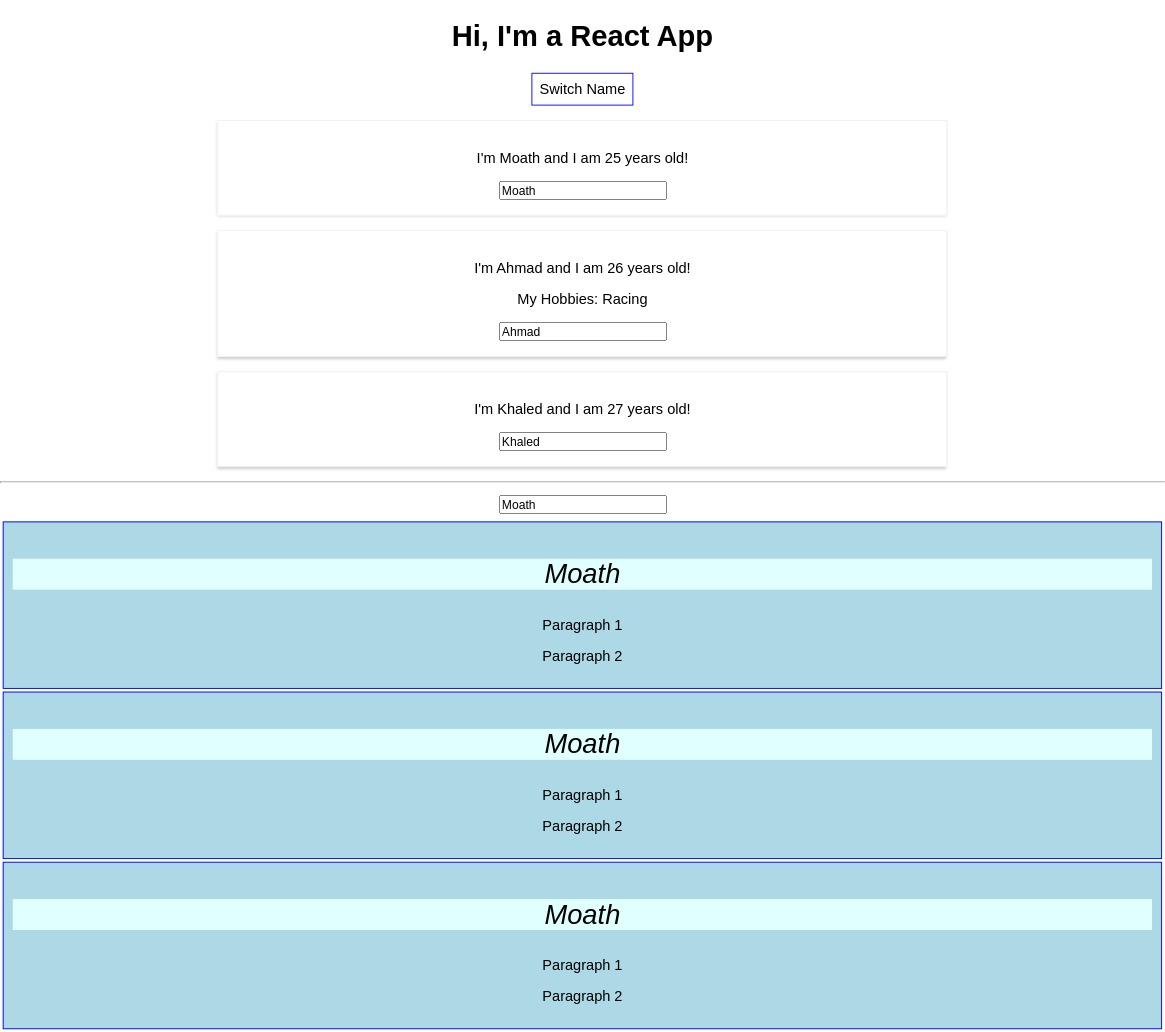
Repository: MuathYHKefayah/React-Basics
Page: /
An editor plug-in stored every save of this project. The page is shown before and after a run of saves, followed by the edit.
The browser window is 1280 px wide. The pictures show the whole page, at 91% of full size.
The project was rebuilt for these pictures with package versions that can differ from the ones it lists, and the page was loaded fresh each time.

Above is the page before, as saved 2020-12-12 10:30:54.

### src/App.js
import React, { Component } from 'react';
import './App.css';
import Person from './Person/Person';
import UserInput from './UserInput/UserInput';
import UserOutput from './UserOutput/UserOutput';

class App extends Component {
  state = {
     persons: [
       { name:'Moath', age: 25},
       { name:'Ahmad', age: 26},
       { name:'Khaled', age: 27},
     ],
     username: "Moath"
  }

  switchNameHandler  = (newName, newAge) => {
    //Don't Do This: this.state.persons[0].name = "Max";
    this.setState({
      persons: [
        { name:newName, age: 25},
        { name:'Ahmad', age: 26},
        { name:'Khaled', age: newAge},
      ]
    })
  }

  nameChangedHandler = (event) => {
    this.setState({
      persons: [
        { name:'Moath', age: 25},
        { name: event.target.value, age: 26},
        { name:'Khaled', age: 27},
      ]
    })
  }

  usernameChangedHandelr = (event) => {
    this.setState({
      username: event.target.value
    })
  }

  render() {
    const style = {
      backgroundColor: 'white',
      font: 'inherit',
      border: '1px solid blue',
      padding: '8px',
      cursor: 'pointer'
    };

    return (
      // jsx \\ write html code in js file
      <div className="App">
        <h1>Hi, I'm a React App</h1>
        <button
          style={style}
          onClick={() => this.switchNameHandler('Moath!!', 30)}>Switch Name</button>
        <Person name={this.state.persons[0].name} age={this.state.persons[0].age}/>
        <Person
          name={this.state.persons[1].name}
          age={this.state.persons[1].age}
          click={this.switchNameHandler.bind(this, 'Moath!', 40)}
          changed={this.nameChangedHandler}
          >My Hobbies: Racing</Person>
        <Person name={this.state.persons[2].name} age={this.state.persons[2].age}/>
        <hr/>
        <UserInput
          name={this.state.username}
          changed={this.usernameChangedHandelr}/>

        <UserOutput name={this.state.username}/>
        <UserOutput name={this.state.username}/>
        <UserOutput name={this.state.username}/>

      </div>
    );
    //return React.createElement('div', {className: 'App'} , React.createElement('h1', null , 'Hi, I\'m a React App !!!' ))
  }
}

export default App;

### src/Person/Person.js
import React from 'react';
import './Person.css';

const person = (props) => {
    return (
        <div className="Person">
            <p onClick={props.click}>I'm {props.name} and I am {props.age} years old!</p>
            <p>{props.children}</p>
            <input type="text" onChange={props.changed} value={props.name}/>
        </div>
    )
};

export default person;

### src/UserInput/UserInput.js
import React, { Component } from 'react';


class UserInput extends Component{
    render(){
        const style = {
            margin: '5px',
            //border: '#8b8a8b',
        }
        return(
            <div className="UserInput">
                <input
                    style= {style}
                    type="text"
                    onChange={this.props.changed}
                    value={this.props.name}/>
            </div>

        );
    }
}

export default UserInput;

### src/UserOutput/UserOutput.js
import React, { Component } from 'react';
import './UserOutput.css'

class UserOutput extends Component {

    render(){
        const style = {
            backgroundColor: 'lightcyan',
            fontStyle: 'oblique',
            fontSize: '30px'
        };
        return(
            <div className="UserOutput">
                <p style={style}>{this.props.name}</p>
                <p>Paragraph 1</p>
                <p>Paragraph 2</p>
            </div>
        );
    }
}

export default UserOutput;

### src/UserOutput/UserOutput.css
.UserOutput{
    border: 1px solid blue;
    padding: 10px;
    background-color: lightblue;
    margin: 3px;
}

Loaded but not shown: public/index.html (common file); src/index.js (common file); src/index.css (common file); src/registerServiceWorker.js (common file); src/App.css (common file); src/Person/Person.css (common file)

After the next 2 saves:
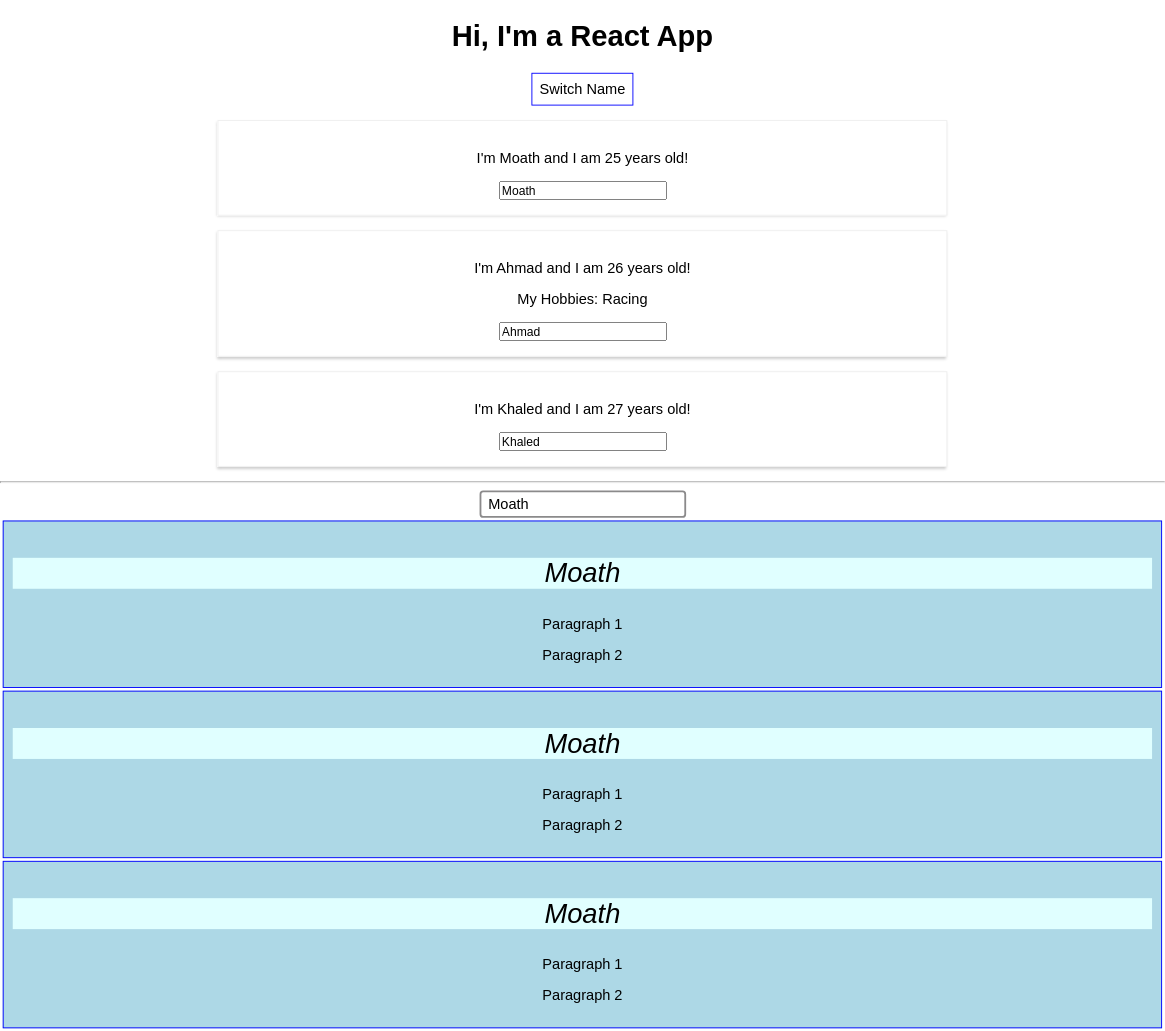
The 2 saves are shown as one change because 1 did not build or start.
The last was saved 114 s later.
--- a/src/UserInput/UserInput.js
+++ b/src/UserInput/UserInput.js
@@ -4,8 +4,12 @@ import React, { Component } from 'react';
 class UserInput extends Component{
     render(){
         const style = {
-            margin: '5px',
-            //border: '#8b8a8b',
+            fontSize: '16px',
+            fontFamily: 'inherit',
+            padding: '0.25em 0.5em',
+            backgroundColor: '#fff',
+            border: '2px solid #8b8a8b',
+            borderRadius: '4px'
         }
         return(
             <div className="UserInput">
